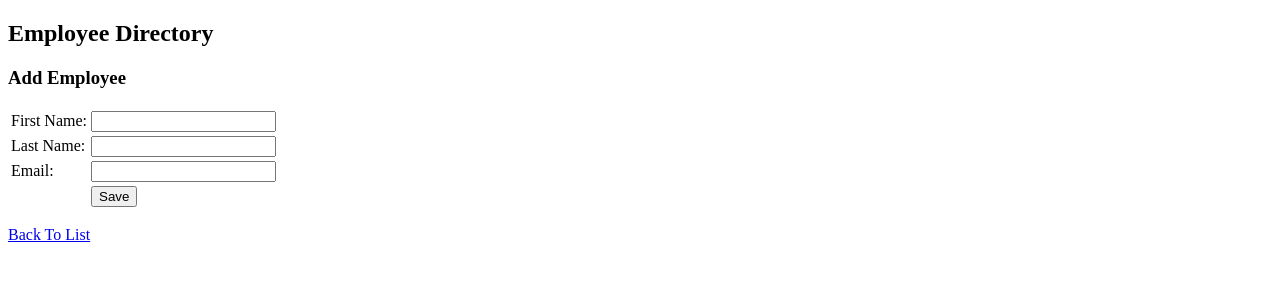
Repository: TChristian315/directory_app
Page: http://localhost/directoryapp/add-employee-form.jsp
These files come from the project's save history. The page is drawn as it stood at one moment and after the next save; the edit follows.
The browser window is 1280 px wide. The pictures show the whole page.
The page is served by Tomcat 9. Other server files are loaded and not shown.

Above is the page before, as saved 2018-05-23 16:58:43.

### Workspaces/directoryapp/WebContent/add-employee-form.jsp
<%@ page language="java" contentType="text/html; charset=ISO-8859-1"
    pageEncoding="ISO-8859-1"%>
<!DOCTYPE html PUBLIC "-//W3C//DTD HTML 4.01 Transitional//EN" "http://www.w3.org/TR/html4/loose.dtd">
<html>
<head>
<meta http-equiv="Content-Type" content="text/html; charset=ISO-8859-1">
<title>Add Employee</title>
</head>
<body>

	<div id="wrapper">
		<div class="header">
			<h2>Employee Directory</h2>
		</div>
	</div>

	<div class="container">
		<h3>Add Employee</h3>

		<form action="EmployeeControllerServlet" method="POST">

			<input type="hidden" name="command" value="ADD" />

			<table>
				<tbody>
					<tr>
						<td><label>First Name:</label></td>
						<td><input type="text" name="firstName" /></td>
					</tr>

					<tr>
						<td><label>Last Name:</label></td>
						<td><input type="text" name="lastName" /></td>
					</tr>

					<tr>
						<td><label>Email:</label></td>
						<td><input type="text" name="email" /></td>
					</tr>
					<tr>
						<td><label></label></td>
						<td><input type="submit" value="Save" class="save" /></td>
				</tbody>
			</table>
		</form>

		<div style="clear:both;"></div>

		<p>
			<a href="EmployeeControllerServlet">Back To List</a>

	</div>


</body>
</html>

After the next save:
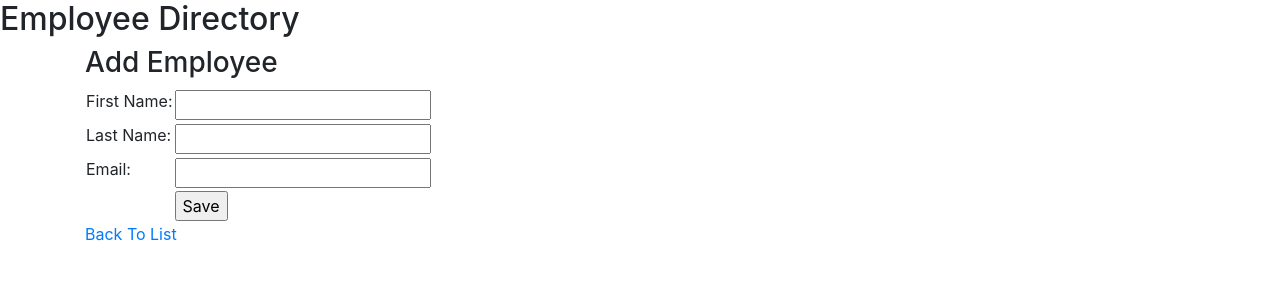
Saved 24 s later.
--- a/Workspaces/directoryapp/WebContent/add-employee-form.jsp
+++ b/Workspaces/directoryapp/WebContent/add-employee-form.jsp
@@ -4,6 +4,8 @@
 <html>
 <head>
 <meta http-equiv="Content-Type" content="text/html; charset=ISO-8859-1">
+<link rel="stylesheet" href="https://maxcdn.bootstrapcdn.com/bootstrap/4.0.0/css/bootstrap.min.css" integrity="sha384-Gn5384xqQ1aoWXA+058RXPxPg6fy4IWvTNh0E263XmFcJlSAwiGgFAW/dAiS6JXm" crossorigin="anonymous">
+
 <title>Add Employee</title>
 </head>
 <body>
